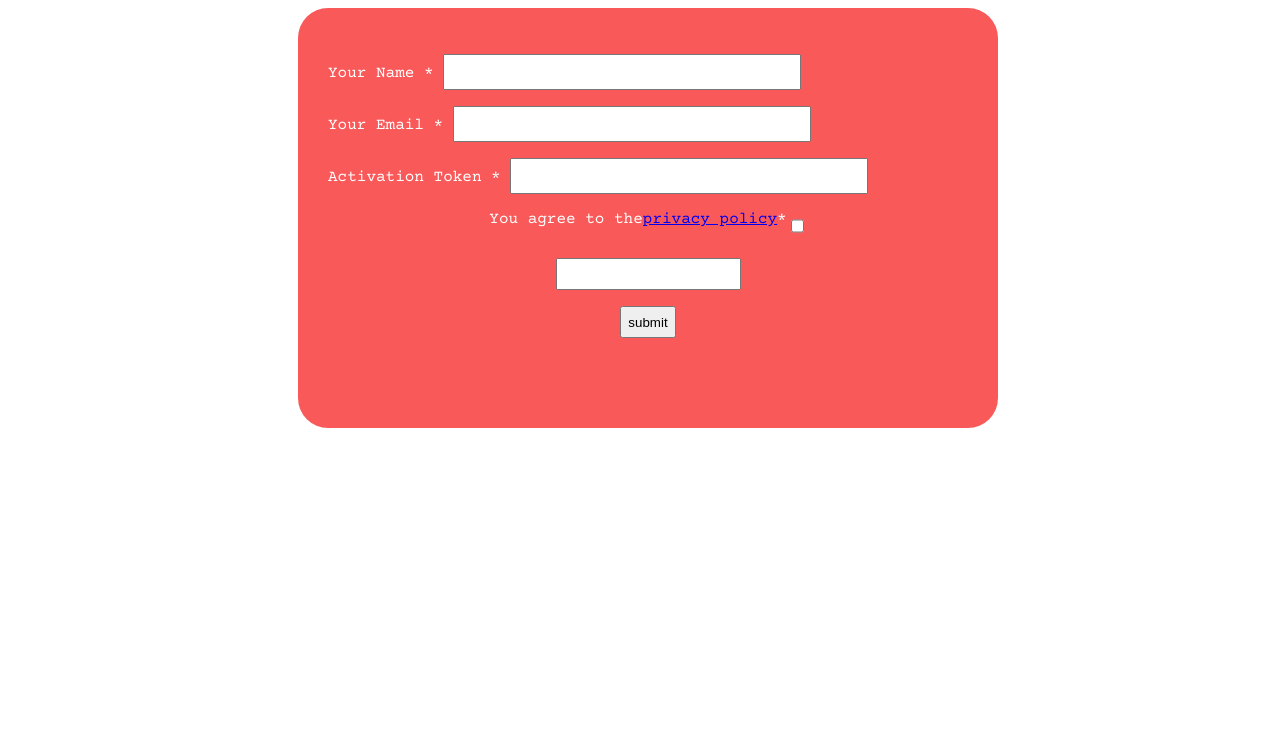
Repository: Rachael4life/Assignment-1
Page: starter-code/src/index.html
The author's editor kept a copy of each file at every save. The page is drawn from the files as they stood at one save, then again after a run of saves.
The browser window is 1280 px wide. The page is 1288 px wide, so the pictures cover 1288 px, including what lies to the right of the window. The pictures show the whole page.

Above is the page before, as saved 2022-02-25 15:40:21.

### starter-code/src/index.html
<!DOCTYPE html>
<html lang="en">
<head>
    <meta charset="UTF-8">
    <meta http-equiv="X-UA-Compatible" content="IE=edge">
    <meta name="viewport" content="width=device-width, initial-scale=1.0">
    <link rel="stylesheet" href="style.css">
    <link rel="preconnect" href="https://fonts.googleapis.com">
<link rel="preconnect" href="https://fonts.gstatic.com" crossorigin>
    <link href="https://fonts.googleapis.com/css2?family=Courier+Prime&display=swap" rel="stylesheet">
    <title>Assignment 1</title>
</head>
<body>
    <div id="ramyeon">

        <form class="kimchi">
            <div> <p></p>
                <label for="name">Your Name <span class="asteric">*</span></label>
                <input class="formgroup" type="text" name="name" id="name" placeholder="">
            </div>
            <div> <p></p>
                <label for="email">Your Email <span class="asteric">*</span> </label>
                <input class="formgroup" type="text" name="email" id="email" placeholder="">
            </div>
            <div> <p></p>
                <label for="password">Activation Token <span class="asteric">*</span> </label>
                <input class="formgroup" type="password" name="activation token" id="name" placeholder="">
            </div>
           <p></p>
            <div id="water"><p></p>
                You agree to the <a href="privacy policy"> privacy policy</a> * <input type="checkbox">
            </div>
            <p></p>
            <div id="beef"><p></p>
                <input type="text">
            </div>
            <p></p>
            <div id="gogi"><p></p>
                <button type="button">submit</button>
            </div>
        </form>
    </div>
</body>
</html>

### starter-code/src/style.css
body {
    color: white;
    font-family: 'Courier Prime', monospace;
    width: 100vw;
    height: 100vh;
    background-image:url ("img.png");
}
form {
    background-color: #fa5959;
    font-size: 16px;
    width: 50%;
    height: 50%;
    padding: 30px;
    border-radius: 30px;
}
#ramyeon {
    display: flex;
    justify-content: center;
    align-content: space-between;
    width: 100%;
    height: 100%;
}
#beef {
    align-content: center;
    justify-content: center;
    display: flex;
}
#gogi {
    display: flex;
    justify-content: center;
    align-content:center;
}
#water {
    align-content: center;
    justify-content: center;
    display:flex;
}
.formgroup {
    width: 350px;
    height: 30px;
}

After the next 2 saves:
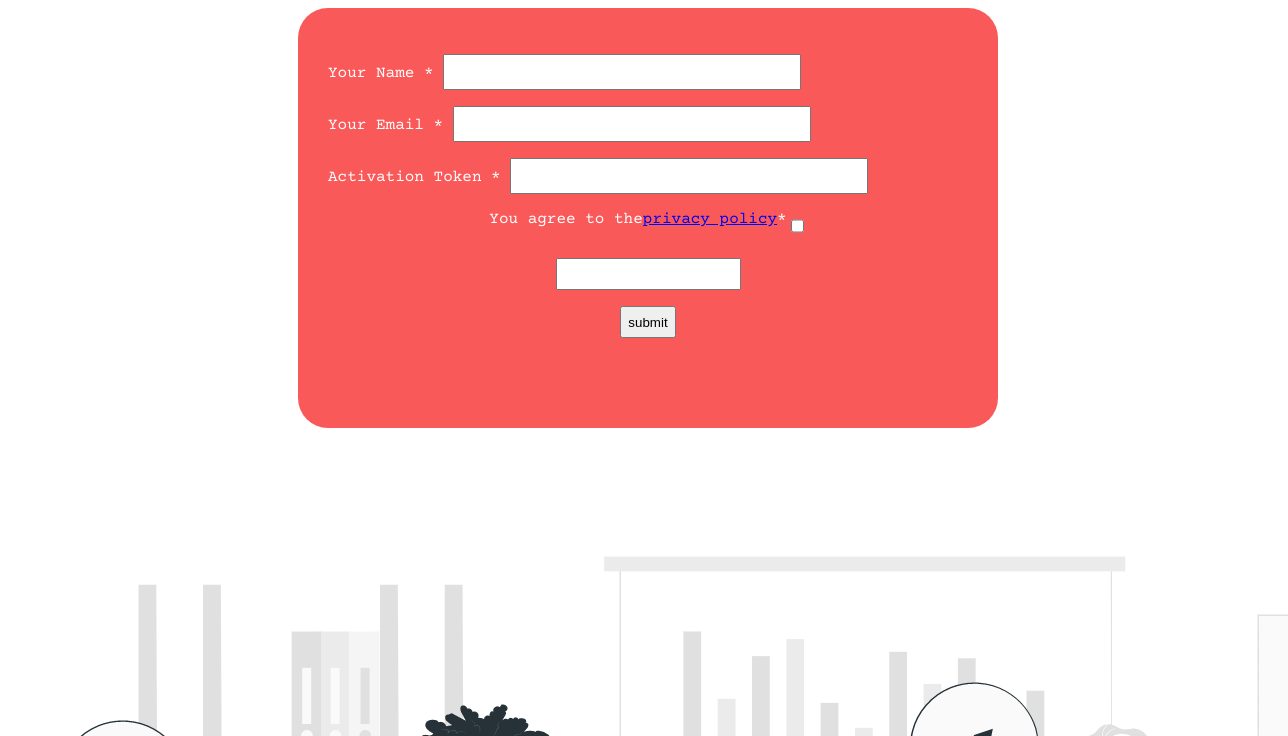
The 2 saves are shown as one change because they came seconds apart.
The last was saved 23 s later.
--- a/starter-code/src/style.css
+++ b/starter-code/src/style.css
@@ -3,7 +3,7 @@ body {
     font-family: 'Courier Prime', monospace;
     width: 100vw;
     height: 100vh;
-    background-image:url ("img.png");
+    background-image: url("img.png");
 }
 form {
     background-color: #fa5959;
